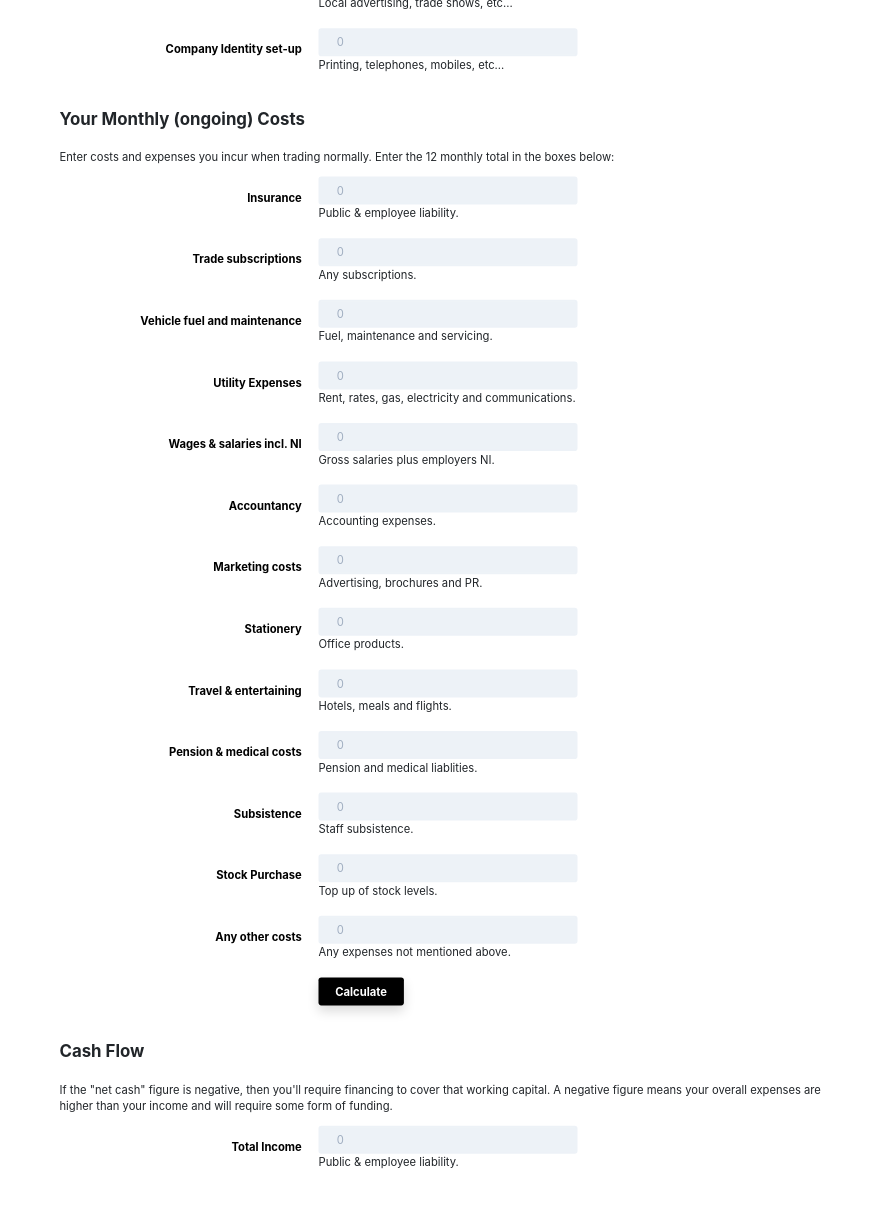
Repository: latenightsnacc/Financial-Forecast
Page: financial-forecast.html
These files come from the project's save history. The page is drawn as it stood at one moment and after the next save; the edit follows.
The browser window is 1280 px wide. The pictures show the part of the page from y = 1046 to 2966 px (the page is 2790 px tall before and 2966 px after), at 70% of full size.

Above is the page before, as saved 2020-11-15 19:20:14.

After the next save:
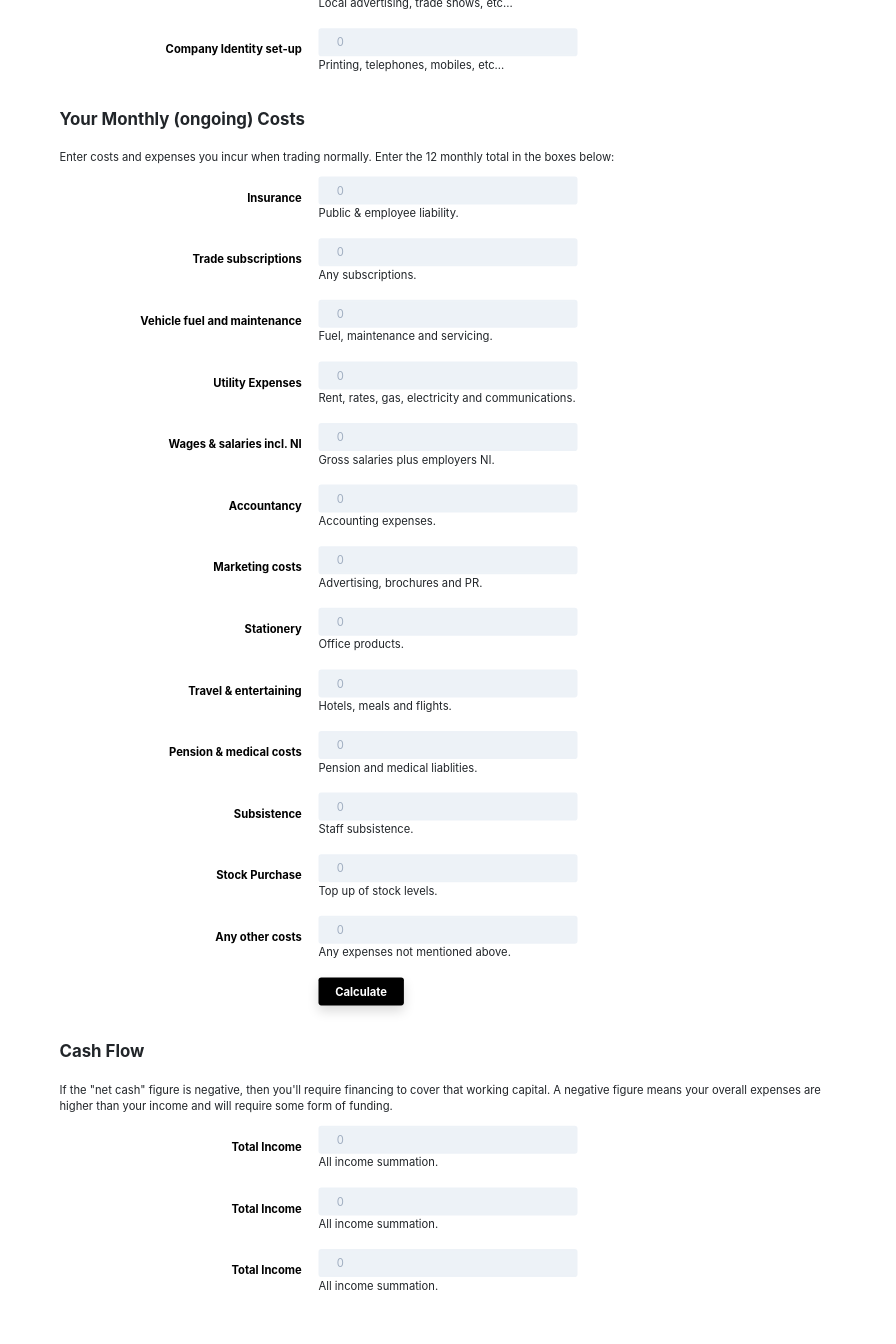
Saved 61 s later.
--- a/financial-forecast.html
+++ b/financial-forecast.html
@@ -314,7 +314,7 @@
                 <!--CASH FLOW FORECAST-->
                     <div class="title font-bold text-2xl mt-5 mb-6">Cash Flow</div>
                     <p>If the "net cash" figure is negative, then you'll require financing to cover that working capital. A negative figure means your overall expenses are higher than your income and will require some form of funding.</p>
-                    <!--Website Development-->
+                    <!--Total Income-->
                     <div class="md:flex md:items-center mb-6">
                         <div class="md:w-1/3">
                             <label class="block text-black font-bold md:text-right mb-1 md:mb-0 pr-4" for="inline-full-name" placeholder="0">
@@ -323,7 +323,31 @@
                         </div>
                         <div class="md:w-1/3">
                             <input class="bg-gray-200 appearance-none border-2 border-gray-200 rounded w-full py-2 px-4 text-gray-700 leading-tight focus:outline-none focus:bg-white focus:border-grey-500" id="inline-full-name" type="text" placeholder="0">
-                            <span class="eg">Public & employee liability.</span>
+                            <span class="eg">All income summation.</span>
+                        </div>
+                    </div>
+                    <!--Total Income-->
+                    <div class="md:flex md:items-center mb-6">
+                        <div class="md:w-1/3">
+                            <label class="block text-black font-bold md:text-right mb-1 md:mb-0 pr-4" for="inline-full-name" placeholder="0">
+                                Total Income
+                            </label>
+                        </div>
+                        <div class="md:w-1/3">
+                            <input class="bg-gray-200 appearance-none border-2 border-gray-200 rounded w-full py-2 px-4 text-gray-700 leading-tight focus:outline-none focus:bg-white focus:border-grey-500" id="inline-full-name" type="text" placeholder="0">
+                            <span class="eg">All income summation.</span>
+                        </div>
+                    </div>
+                    <!--Total Income-->
+                    <div class="md:flex md:items-center mb-6">
+                        <div class="md:w-1/3">
+                            <label class="block text-black font-bold md:text-right mb-1 md:mb-0 pr-4" for="inline-full-name" placeholder="0">
+                                Total Income
+                            </label>
+                        </div>
+                        <div class="md:w-1/3">
+                            <input class="bg-gray-200 appearance-none border-2 border-gray-200 rounded w-full py-2 px-4 text-gray-700 leading-tight focus:outline-none focus:bg-white focus:border-grey-500" id="inline-full-name" type="text" placeholder="0">
+                            <span class="eg">All income summation.</span>
                         </div>
                     </div>
             </form>
